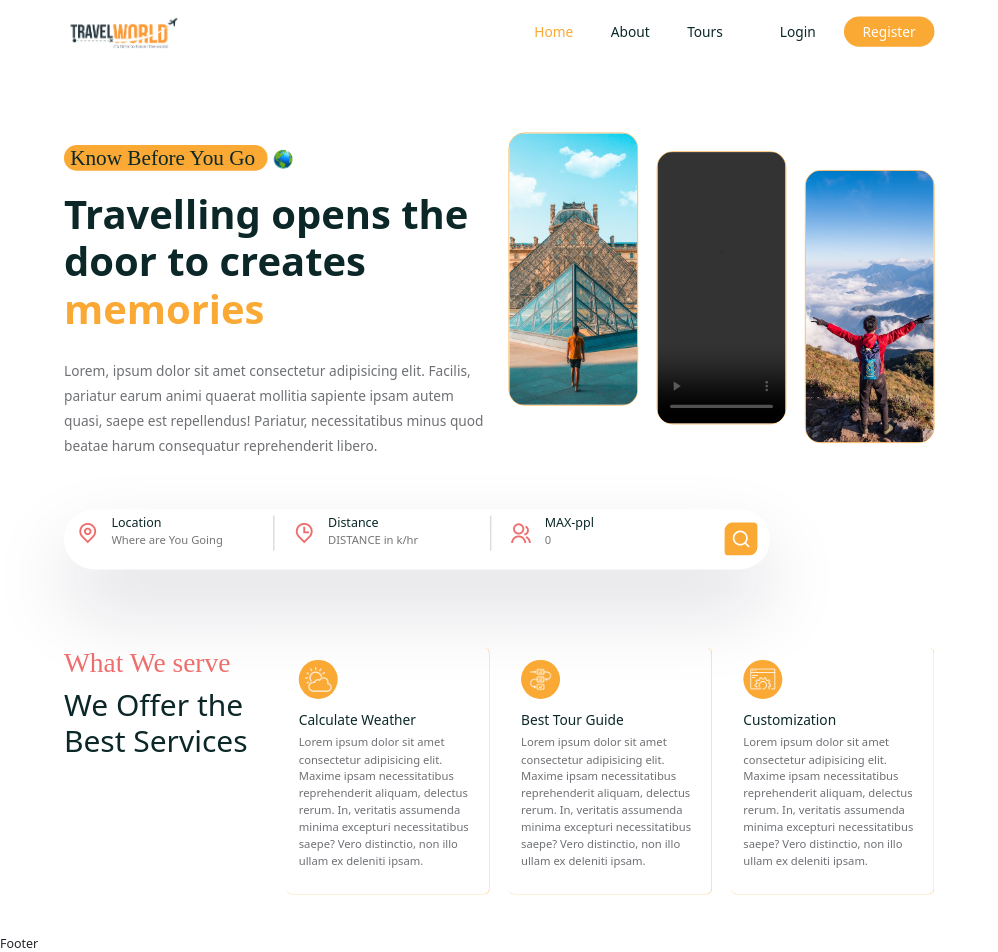
Repository: remydev47/travell-agency
Page: /
The author's editor kept a copy of each file at every save. The page is drawn from the files as they stood at one save, then again after the next save.
The browser window is 1280 px wide. The pictures show the whole page, at 78% of full size.
Pictures or frames that could not be fetched are drawn as grey boxes. Some web fonts or font styles are not loaded; a fallback is used. The project was rebuilt for these pictures with package versions that can differ from the ones it lists, and the page was loaded fresh each time. Also part of the build but not shown: vite.config.js, src/pages/Login.jsx, src/pages/TourDetails.jsx, src/pages/Tours.jsx, src/pages/SearchResultList.jsx, src/pages/Register.jsx. Imported but missing from the stored project, and not drawn on this page: src/assets/images/hero-video.mp4.

Above is the page before, as saved 2023-02-02 12:02:49.

After the next save:
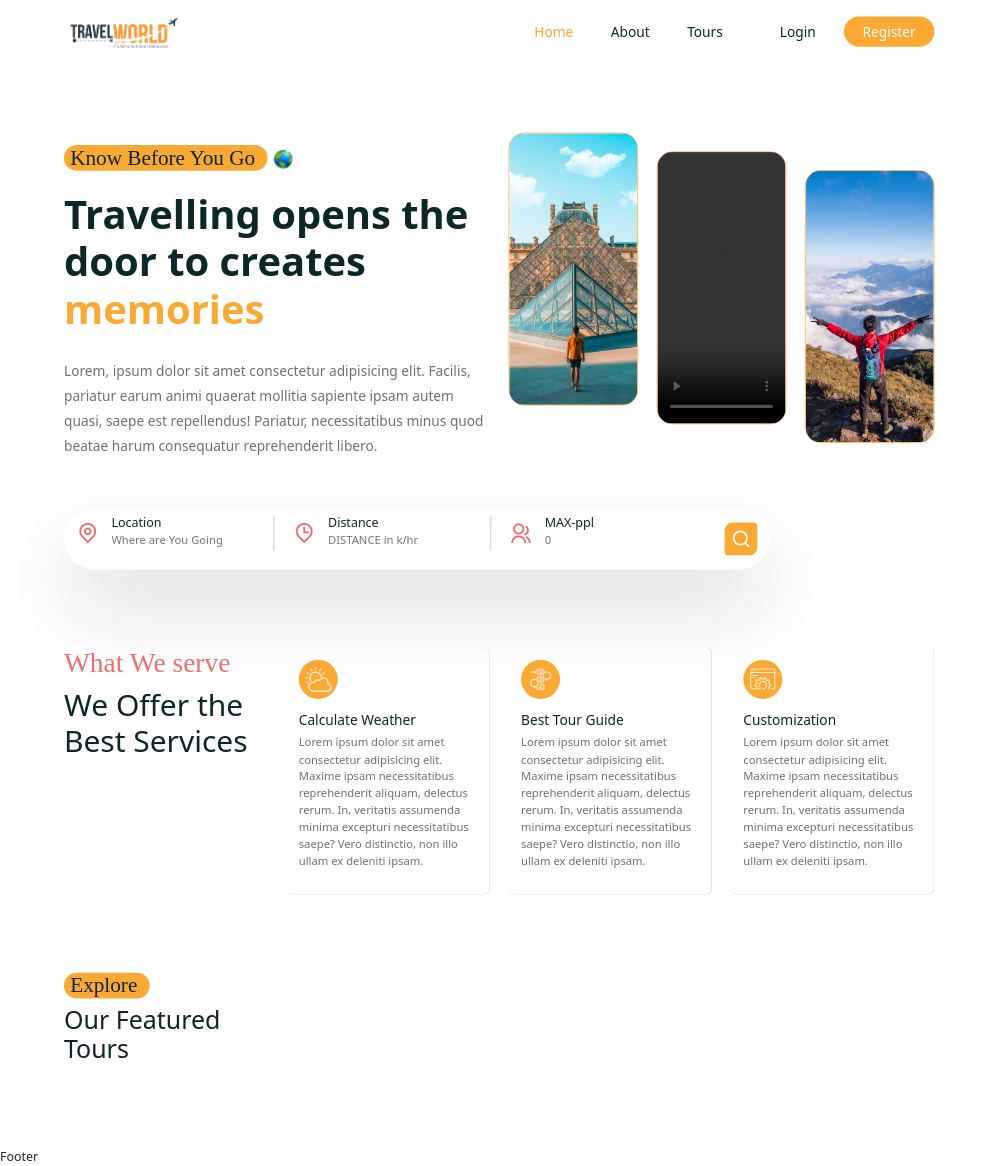
Saved 9 min 48 s later.
--- a/src/pages/Home.jsx
+++ b/src/pages/Home.jsx
@@ -58,8 +58,19 @@ const Home = () => {
           <ServiceList />
         </Row>
       </Container>
+     </section>
+     {/* featured tour section */}
+     <section>
+      <Container>
+        <Row>
+          <Col lg="3" className='mb-5'>
+            <Subtitle subtitle={'Explore'} />
+            <h2 className='featured__tour-title'>Our Featured Tours</h2>
+          </Col>
+        </Row>
+      </Container>
+     </section>
 
-     </section>
     </>
   )
 }
